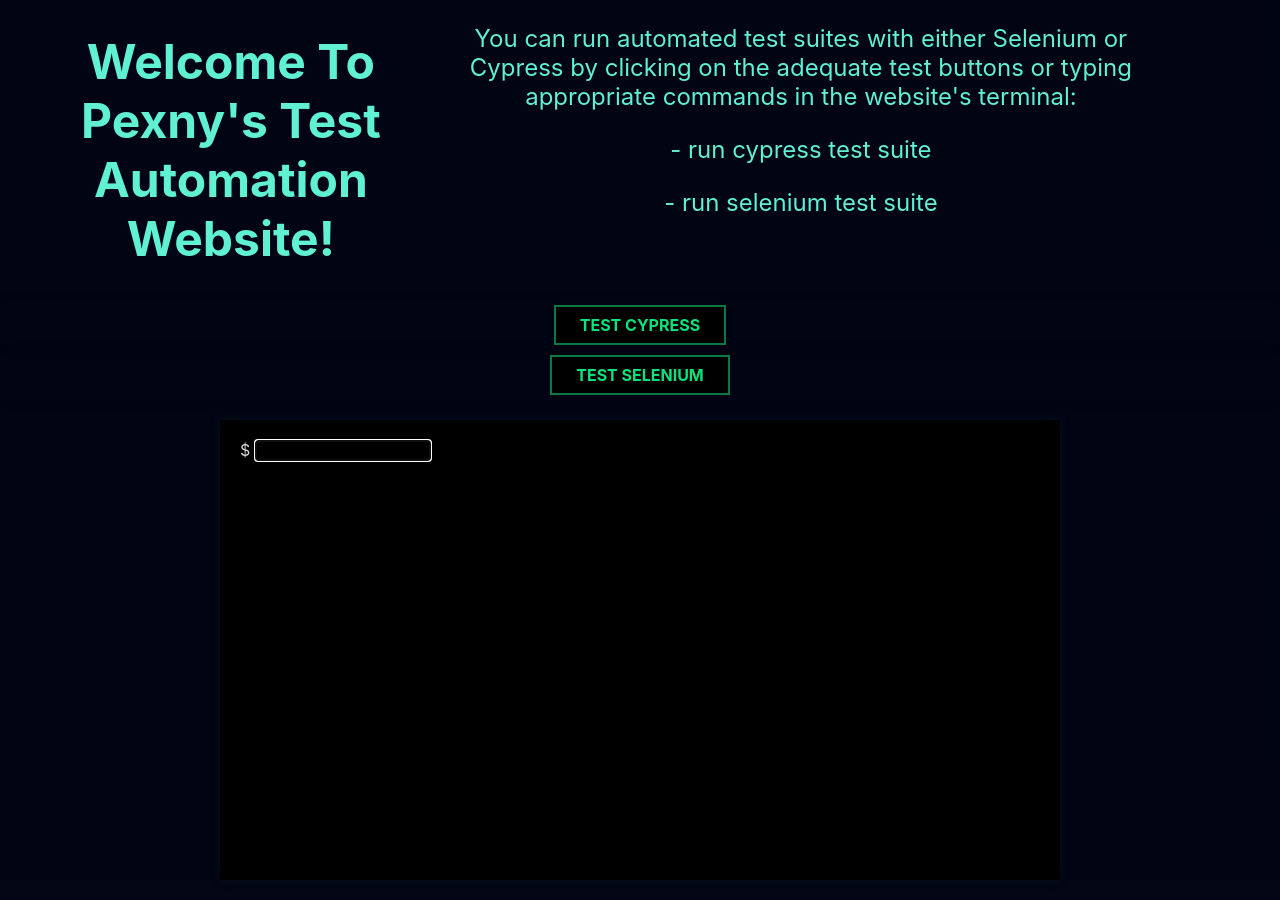
Repository: p3xny/Test-Automation-Website
Page: / (app in client/)
An editor plug-in stored every save of this project. The page is shown before and after the next save, followed by the edit.
The browser window is 1280 px wide. The pictures show the whole page.
The project was rebuilt for these pictures with package versions that can differ from the ones it lists, and the page was loaded fresh each time. Also part of the build but not shown: client/src/components/UI/TestMenu.js.

Above is the page before, as saved 2023-08-23 23:18:10.

After the next save:
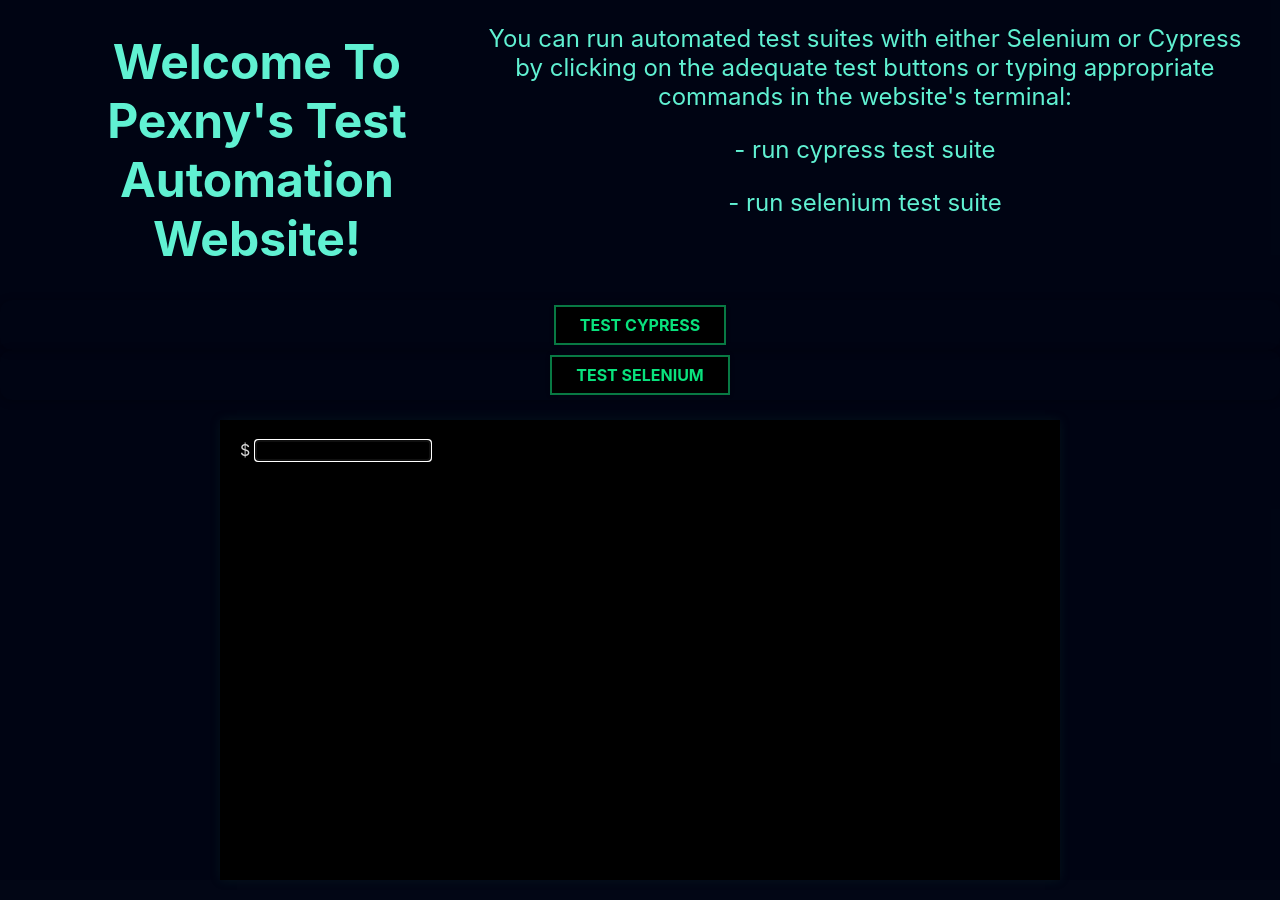
Saved 23 s later.
--- a/client/src/components/UI/WelcomeMessage.module.css
+++ b/client/src/components/UI/WelcomeMessage.module.css
@@ -2,11 +2,10 @@
   color: rgb(96, 241, 210);
   font-size: 1.5rem;
   /* font-weight: bold; */
+  text-align: center;
+  margin-left: 2rem;
+  margin-right: 2rem;
+  margin-top: auto;
+  margin-bottom: auto;
   display: flex;
-  text-align: center;
 }
-
-.WelcomeMessage {
-  margin-left: 20px;
-  margin-right: 120px;
-}
